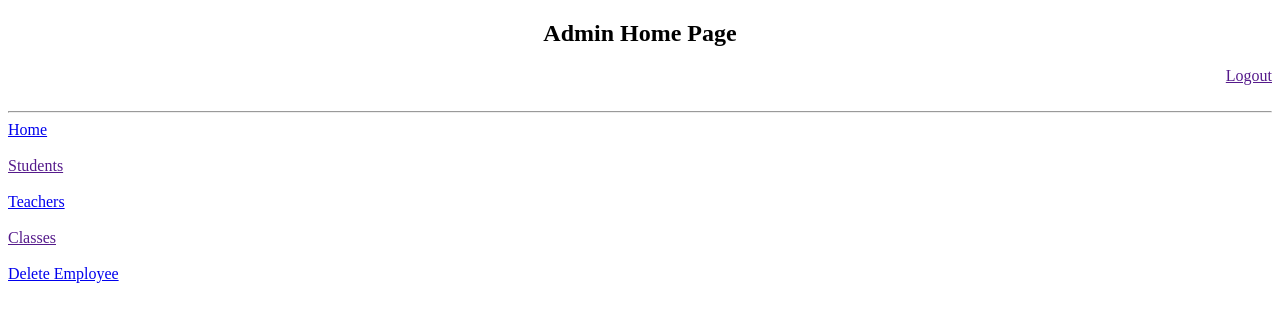
Repository: mdzeyan/JavaFSD-phase2-project
Page: Learners_Academy/src/main/webapp/AdminHome.html
The author's editor kept a copy of each file at every save. The page is drawn from the files as they stood at one save, then again after the next save.
The browser window is 1280 px wide. The pictures show the whole page.

Above is the page before, as saved 2022-03-28 13:25:03.

After the next save:
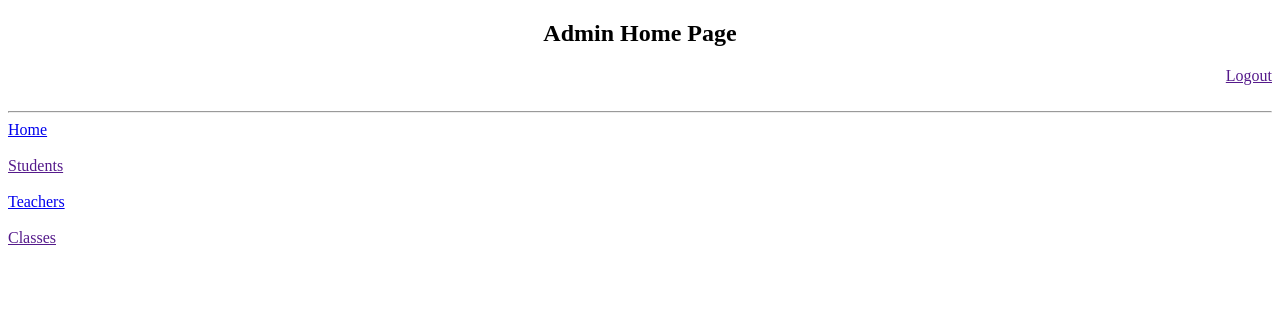
Saved 15 s later.
--- a/Learners_Academy/src/main/webapp/AdminHome.html
+++ b/Learners_Academy/src/main/webapp/AdminHome.html
@@ -17,8 +17,7 @@
 	<a href="ViewEmployee.html">Teachers</a>
 	<br><br>
 	<a href="">Classes</a>
-	<br><br>
-	<a href="DeleteEmployee.html">Delete Employee</a>
+
 
 </body>
 </html>
